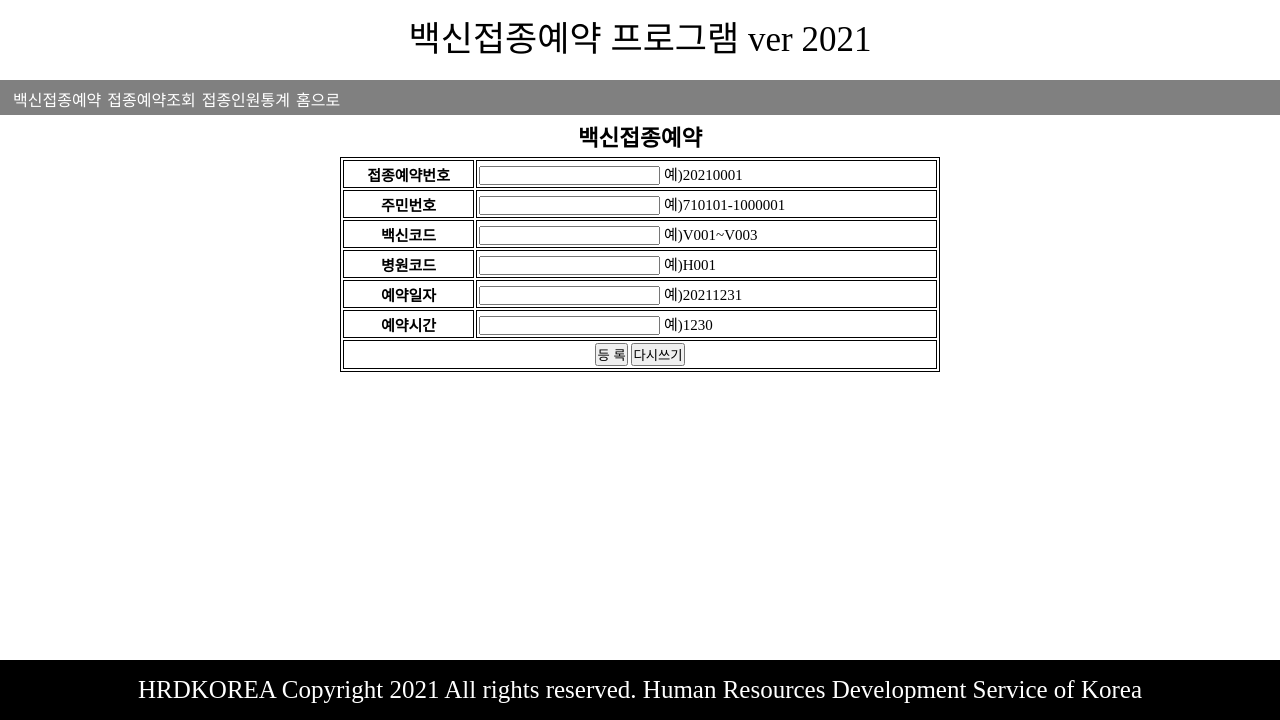
Repository: Up-Min/hrdkorea
Page: http://localhost/cbq_5678/look
These files come from the project's save history. The page is drawn as it stood at one moment and after the next save; the edit follows.
The browser window is 1280 px wide. The pictures show the whole page.
The page is served by Tomcat 9. Other server files are loaded and not shown.

Above is the page before, as saved 2022-12-23 02:10:37.

### cbq_5678/src/main/webapp/reserv.jsp
<%@ page language="java" contentType="text/html; charset=UTF-8"
    pageEncoding="UTF-8"%>
<!DOCTYPE html>
<html>
<head>
<meta charset="UTF-8">
<title>Insert title here</title>
<link rel = "stylesheet" href = "style.css">
<script type="text/javascript" src = "script.js"></script>
</head>
<body>
	<%@ include file = "Header.jsp" %>
	<section>
	<div class = "head"><h2> 백신접종예약 </h2></div>

	<form name = "reserv" action="insert">
	<input type = "hidden" id = "gubun" value = "insert">
	<div class = "wrap">
	 <table style = "width : 600px">
	 	<tr>
	 		<th> 접종예약번호 </th>
	 		<td class = "val"><input type = "text" name = "resvno"> 예)20210001 </td>
	 	</tr>
	 	<tr>
	 		<th> 주민번호 </th>
	 		<td class = "val"><input type = "text" name = "jumin"> 예)710101-1000001 </td>
	 	</tr>
	 	<tr>
	 		<th> 백신코드 </th>
	 		<td class = "val"><input type = "text" name = "vcode"> 예)V001~V003 </td>
	 	</tr>
	 	<tr>
	 		<th> 병원코드 </th>
	 		<td class = "val"><input type = "text" name = "hospcode"> 예)H001 </td>
	 	</tr>
	 	<tr>
	 		<th> 예약일자 </th>
	 		<td class = "val"><input type = "text" name = "resvdate"> 예)20211231 </td>
	 	</tr>
	 	<tr>
	 		<th> 예약시간 </th>
	 		<td class = "val"><input type = "text" name = "resvtime"> 예)1230 </td>
	 	</tr>
	 	<tr>
	 		<td colspan="2">
	 			<button class="btn" type="submit" onclick ="fn_submit(); return false;" > 등 록 </button>
	 			<button class="btn" type="reset" name="reset" onclick ="fn_reset(); location = 'reserv'" > 다시쓰기 </button>
	 		</td>
	 	</tr>
	 </table>
	</div>
	</form>
	</section>
	<%@ include file = "Footer.jsp" %>
</body>
</html>

### cbq_5678/src/main/webapp/Header.jsp
<%@ page language="java" contentType="text/html; charset=UTF-8"
    pageEncoding="UTF-8"%>
<!DOCTYPE html>
<html>
<head>
<meta charset="UTF-8">
<title>Insert title here</title>
</head>
<body>
	<header> 백신접종예약 프로그램 ver 2021 </header>

	<nav>
		<ul>
		<li><a href = "reserv"> 백신접종예약 </a></li>
		<li><a href = "look"> 접종예약조회 </a></li>
		<li><a href = "calc"> 접종인원통계 </a></li>
		<li><a href = "home"> 홈으로 </a></li>
		</ul>
	</nav>
</body>
</html>

### cbq_5678/src/main/webapp/Footer.jsp
<%@ page language="java" contentType="text/html; charset=UTF-8"
    pageEncoding="UTF-8"%>
<!DOCTYPE html>
<html>
<head>
<meta charset="UTF-8">
<title>Insert title here</title>
</head>
<body>
<footer> HRDKOREA Copyright 2021 All rights reserved. Human Resources Development Service of Korea </footer>
</body>
</html>

### cbq_5678/src/main/java/Controller/VacController.java
package Controller;

import java.io.IOException;
import java.io.PrintWriter;

import javax.servlet.ServletException;
import javax.servlet.annotation.WebServlet;
import javax.servlet.http.HttpServlet;
import javax.servlet.http.HttpServletRequest;
import javax.servlet.http.HttpServletResponse;

import DAO.VacDAO;


@WebServlet("/")
public class VacController extends HttpServlet {
	private static final long serialVersionUID = 1L;


    public VacController() {
        super();
    }

	protected void doGet(HttpServletRequest request, HttpServletResponse response) throws ServletException, IOException {
		request.setCharacterEncoding("UTF-8");
		doIt(request, response);
	}

	protected void doPost(HttpServletRequest request, HttpServletResponse response) throws ServletException, IOException {
		request.setCharacterEncoding("UTF-8");
		doIt(request, response);
	}

	protected void doIt(HttpServletRequest request, HttpServletResponse response) throws ServletException, IOException {

		String context = request.getContextPath();
		String command = request.getServletPath();
		String site = null;

		VacDAO vc = new VacDAO();

		switch(command) {
		case "/home" : site="index.jsp"; break;
		case "/reserv" : site="reserv.jsp"; break;
		case "/look" : site="reserv.jsp"; break;
		case "/calc" : site="reserv.jsp"; break;
		case "/insert" : int result = vc.insert(request,response);
						response.setContentType("text/html; charset=UTF-8");
						PrintWriter out = response.getWriter();
				if(result == 1) {
					out.print("<script>");
					out.print("alert('접종예약정보가 등록 되었습니다!')");
					out.print("<script>");
				}else {
					out.print("<script>");
					out.print("alert('등록 실패!')");
					out.print("<script>");
				}break;

		}
		getServletContext().getRequestDispatcher("/"+site).forward(request, response);
	}

}

### cbq_5678/src/main/java/DAO/VacDAO.java
package DAO;

import java.sql.Connection;
import java.sql.DriverManager;
import java.sql.PreparedStatement;
import java.sql.ResultSet;
import java.sql.SQLException;

import javax.servlet.http.HttpServletRequest;
import javax.servlet.http.HttpServletResponse;

public class VacDAO {

	Connection conn = null;
	PreparedStatement ps = null;
	ResultSet rs = null;

	public static Connection getConnection() throws Exception {
	Class.forName("oracle.jdbc.OracleDriver");
	Connection conn = DriverManager.getConnection("jdbc:oracle:thin:@localhost:1521:xe", "gisa", "gisa1234");
	return conn;
	}

	public int insert(HttpServletRequest request, HttpServletResponse response) {
		String resvno = request.getParameter("resvno");
		String jumin = request.getParameter("jumin");
		String vcode = request.getParameter("vcode");
		String hospcode = request.getParameter("hospcode");
		String resvdate = request.getParameter("resvdate");
		String resvtime = request.getParameter("resvtime");
		int result = 0;

		try {
			conn = getConnection();
			String sql = "insert into TBL_VACCRESV_202108 values ('?','?','?','?','?','?')";
			ps = conn.prepareStatement(sql);
			ps.setString(1, resvno);
			ps.setString(2, jumin);
			ps.setString(3, vcode);
			ps.setString(4, hospcode);
			ps.setString(5, resvdate);
			ps.setString(6, resvtime);
			result = ps.executeUpdate();

			conn.close();
			ps.close();

		} catch (Exception e) {
			e.printStackTrace();
		}
		return result;

	}


}

### cbq_5678/src/main/webapp/style.css
@charset "UTF-8";

*{
	padding : 0;
	margin : 0;

}

header{
	top : 0;
	background-color: white;
	font-size: 35px;
	text-align: center;
	height : 80px;
	line-height: 80px;
	width : 100%
}

nav{
	background-color: grey;
	height : 35px;
	line-height: 35px;
}

nav ul{
	display : flex;
	margin-left: 10px;
}

nav ul li{
	text-decoration: none;
	list-style: none;
	padding : 3px;
}

li a{
	text-decoration: none;
	color: white;
}

li a:hover{
	text-decoration: none;
	cursor: pointer
}

section {
	text-align: center;
	font-size: 15px;
}

.main1 {
	text-align: left;
	font-size: 20px;
	margin-left: 50px;
	margin-top: 50px;
}

.head{
	margin: 5px;
}

.wrap{
	display: flex;
	justify-content: center;
	align-items: center;
}

table{
	border : 1px solid black;
	text-align: center;
}

table th, tr, td{
	border: 1px solid black;
	padding : 2px;
}

.val{
	text-align: left;
}


footer{
	position : fixed;
	bottom : 0;
	width : 100%;
	background-color: black;
	color: white;
	font-size: 25px;
	text-align: center;
	height : 60px;
	line-height: 60px;
}

### cbq_5678/src/main/webapp/script.js
/**
 *
 */

function fn_sumbit(){
	 var fn = document.reserv;
	 if(fn.resvno.value == ""){
		 alert("접종예약번호가 입력되지 않았습니다.")
		fn.resvno.focus();
		return false;
	 }
	 if(fn.jumin.value == ""){
		 alert("주민번호가 입력되지 않았습니다.")
		fn.jumin.focus();
		return false;
	 }
	 if(fn.vcode.value == ""){
		 alert("백신코드가 입력되지 않았습니다.")
		fn.vcode.focus();
		return false;
	 }
	 if(fn.hospcode.value == ""){
		 alert("병원코드가 입력되지 않았습니다.")
		fn.hospcode.focus();
		return false;
	 }
	 if(fn.resvdate.value == ""){
		 alert("예약일자가 입력되지 않았습니다.")
		fn.resvdate.focus();
		return false;
	 }
	 if(fn.resvtime.value == ""){
		 alert("예약시간이 입력되지 않았습니다.")
		fn.resvtime.focus();
		return false;
	 }
 }

 function fn_reset(){
	 var fn = document.reserv;
	 alert("정보를 지우고 처음부터 다시 입력합니다!")
	 return false;
 }

### cbq_5678/src/main/webapp/look.jsp
<%@ page language="java" contentType="text/html; charset=UTF-8"
    pageEncoding="UTF-8"%>
<!DOCTYPE html>
<html>
<head>
<meta charset="UTF-8">
<title>Insert title here</title>
<link rel = "stylesheet" href = "style.css">
</head>
<body>
	<%@ include file = "Header.jsp" %>
	<section>
	<div class = "head"><h2> 백신접종예약 </h2></div>

	<form name = "reserv" action="watch">
	<input type = "hidden" id = "gubun" value = "watch">
	<div class = "wrap">
		<table class = "look">
			<tr>
				<th> 예약번호를 입력 하시오. </th>
				<td><input type = "text" name = "resvno">   </td>
			</tr>
			<tr>
				<td colspan = "2">
					<button class = "btn" type="submit" onclick= "return false;"> 예약조회 </button>
					<button class = "btn" type="reset" onclick= "location.href='index.jsp'; return false;"> 홈으로 </button>
				</td>
			</tr>
		</table>
	</div>
	</form>
	</section>

<%@ include file =  "Footer.jsp" %>

</body>
</html>

After the next save:
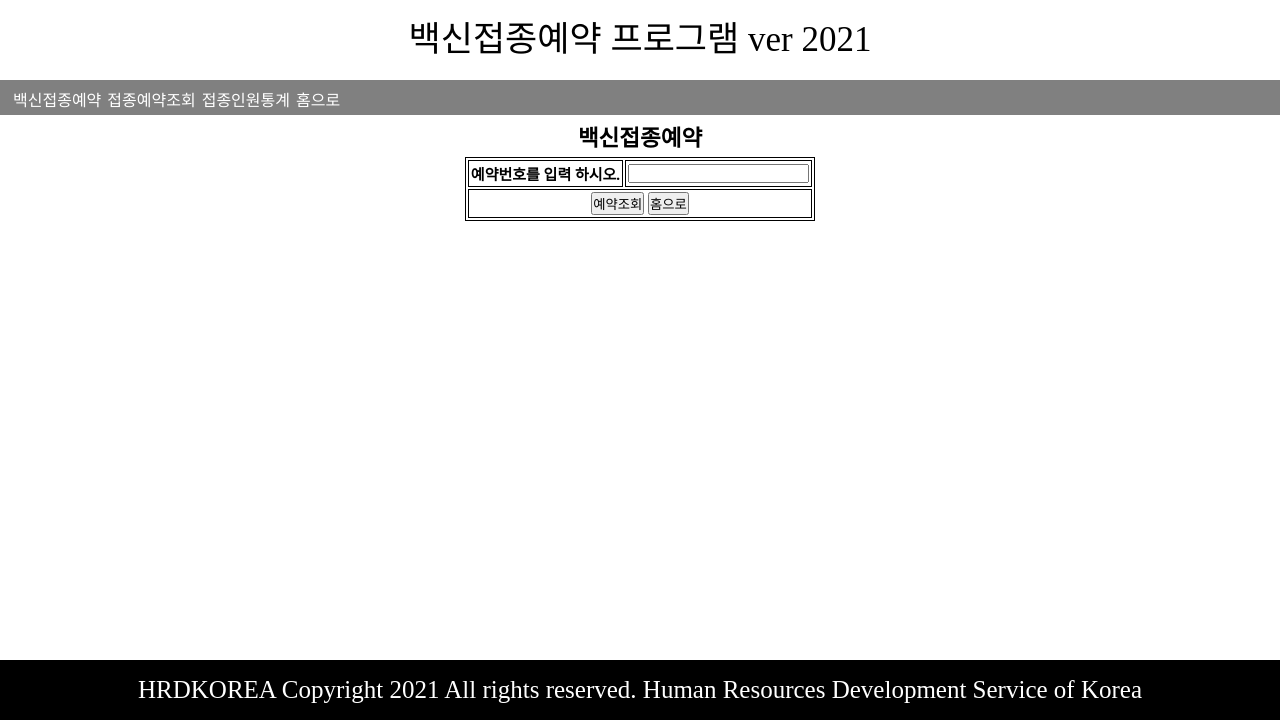
Saved 109 s later.
--- a/cbq_5678/src/main/java/Controller/VacController.java
+++ b/cbq_5678/src/main/java/Controller/VacController.java
@@ -42,7 +42,7 @@ public class VacController extends HttpServlet {
 		switch(command) {
 		case "/home" : site="index.jsp"; break;
 		case "/reserv" : site="reserv.jsp"; break;
-		case "/look" : site="reserv.jsp"; break;
+		case "/look" : site="look.jsp"; break;
 		case "/calc" : site="reserv.jsp"; break;
 		case "/insert" : int result = vc.insert(request,response);
 						response.setContentType("text/html; charset=UTF-8");
